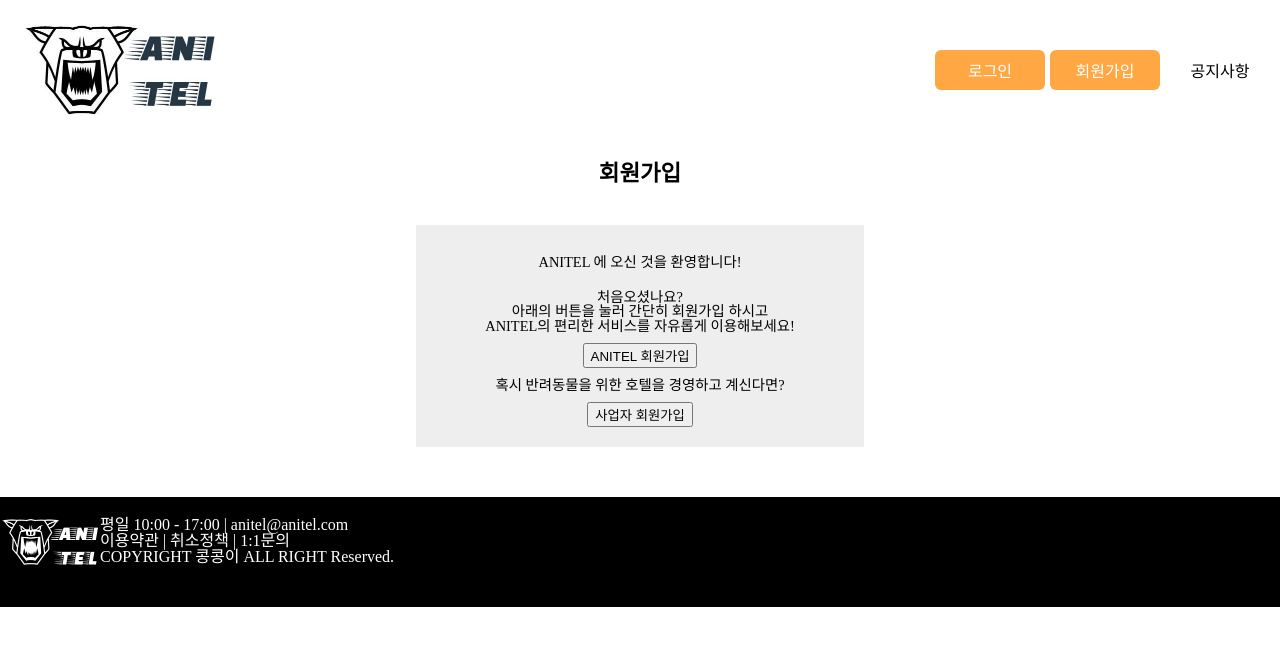
Repository: bangms/anitel
Page: http://localhost/anitel/anitel/member/signIn.jsp
These files come from the project's save history. The page is drawn as it stood at one moment and after the next save; the edit follows.
The browser window is 1280 px wide. The pictures show the whole page.
The page is served by Tomcat 9.

Above is the page before, as saved 2021-06-30 16:07:14.

After the next save:
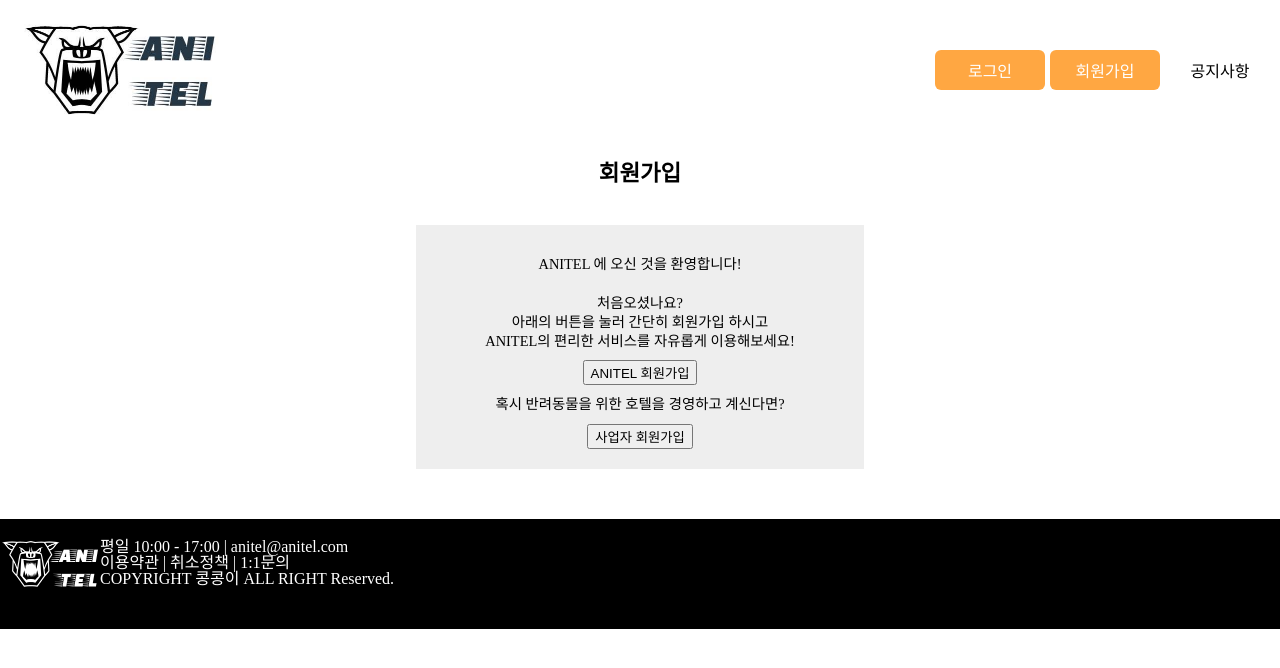
Saved 21 s later.
--- a/workspace/anitel/WebContent/anitel/member/style/style.css
+++ b/workspace/anitel/WebContent/anitel/member/style/style.css
@@ -100,7 +100,7 @@
 }
 .box_wrap p {
 	padding: 10px 0;
-	line-height: 1em;
+	line-height: 1.3em;
 }
 
 
